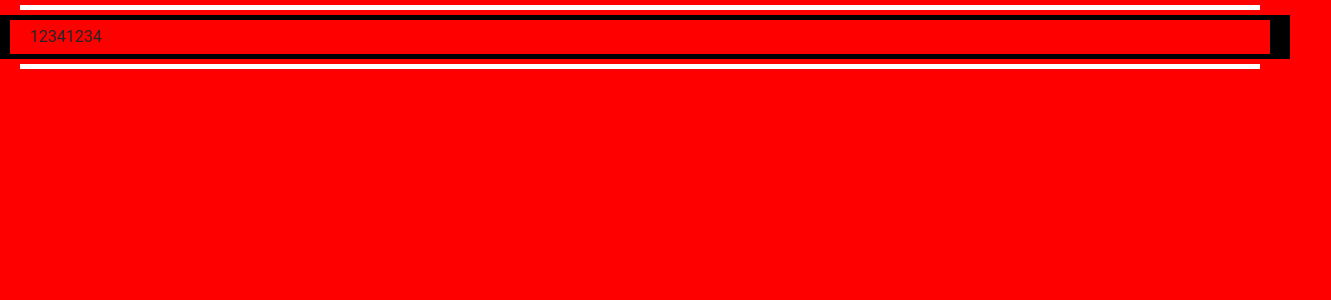
Repository: MiroslavWise/church-site
Page: /
An editor plug-in stored every save of this project. The page is shown before and after the next save, followed by the edit.
The browser window is 1280 px wide. The page is 1310 px wide, then 1331 px, then 1310 px, so the pictures cover 1331 px, including what lies to the right of the window. The pictures show the whole page.
The project was rebuilt for these pictures with package versions that can differ from the ones it lists, and the page was loaded fresh each time.

Above is the page before, as saved 2022-06-15 18:28:37.

After the next save:
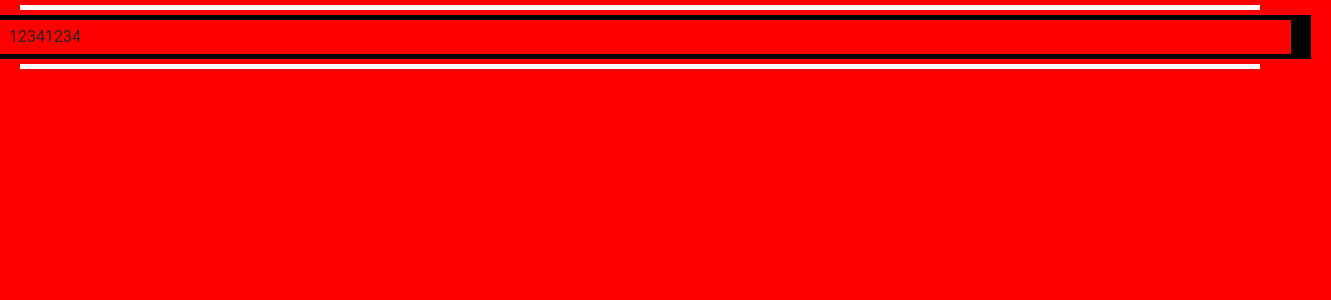
Saved 7 s later.
--- a/src/index.scss
+++ b/src/index.scss
@@ -15,7 +15,7 @@
 }
 
 .div_body{
-  width: 1300px;
+  width: 1342px;
   background: #000;
 }
 

After the save that followed:
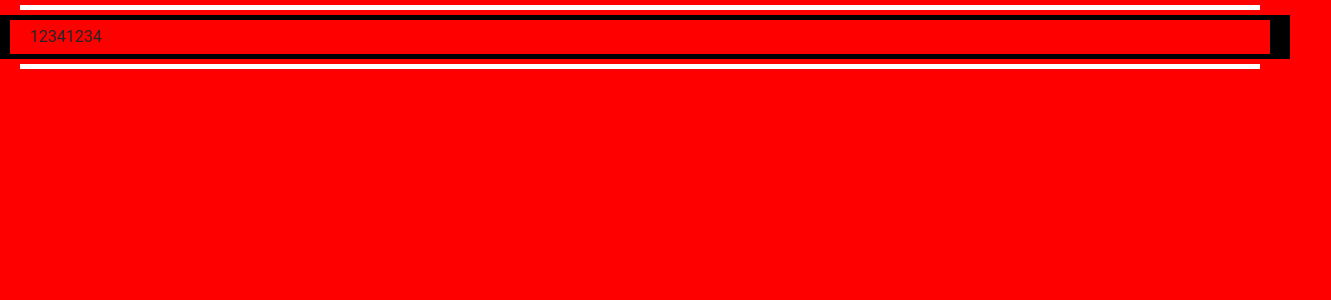
Saved 7 s later.
--- a/src/index.scss
+++ b/src/index.scss
@@ -15,7 +15,7 @@
 }
 
 .div_body{
-  width: 1342px;
+  width: 1300px;
   background: #000;
 }
 
